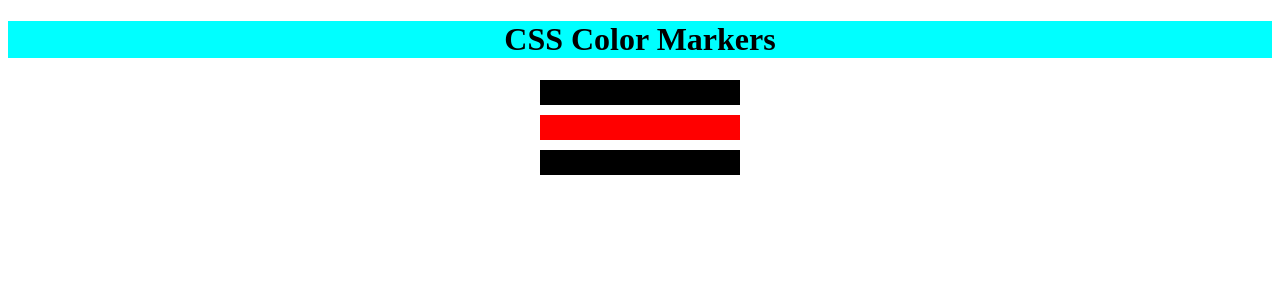
Repository: AimenDje/ColoredMarkers
Page: index.html
An editor plug-in stored every save of this project. The page is shown before and after the next save, followed by the edit.
The browser window is 1280 px wide. The pictures show the whole page.

Above is the page before, as saved 2025-05-08 16:23:06.

After the next save:
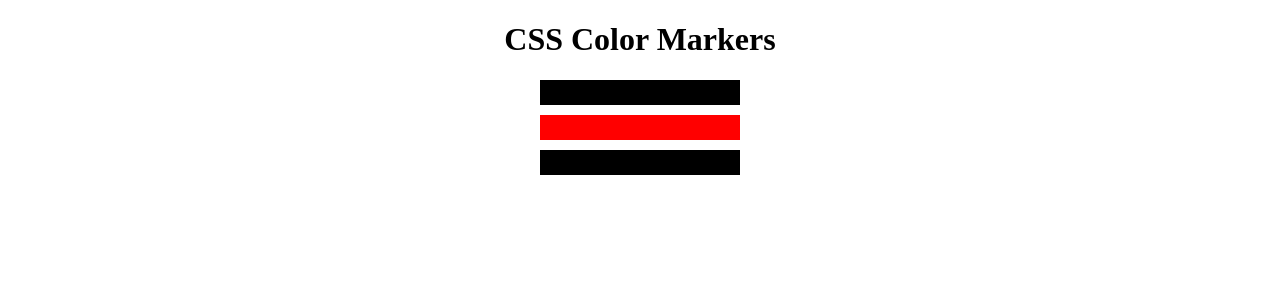
Saved 3 min 45 s later.
--- a/styles.css
+++ b/styles.css
@@ -1,6 +1,5 @@
 h1 {
     text-align:center;
-    background-color:rgb(0,255,255);
 }
 
 .marker {
